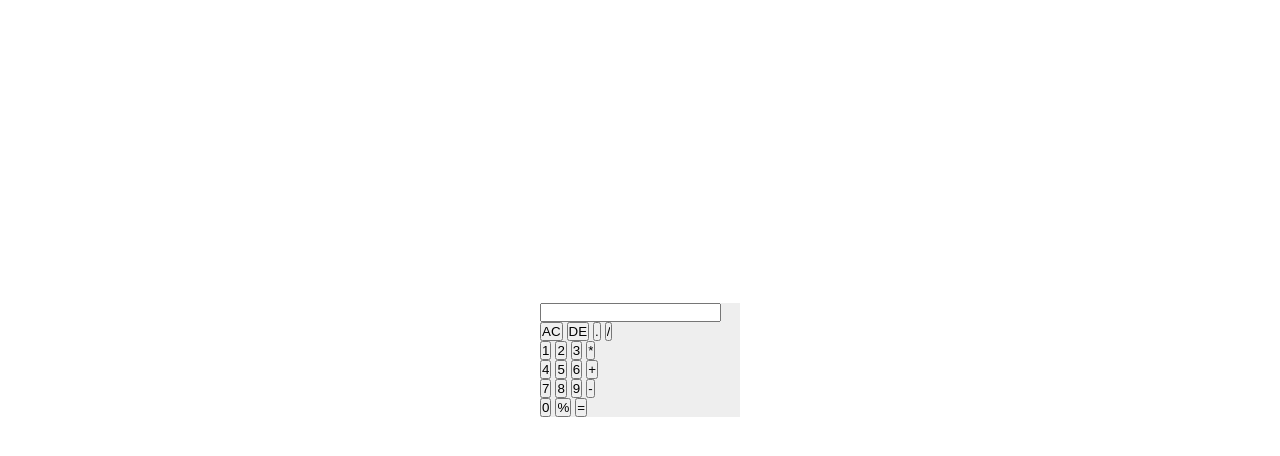
Repository: jerrys-arch/web-calculator
Page: index.html
These files come from the project's save history. The page is drawn as it stood at one moment and after a run of saves; the edit follows.
The browser window is 1280 px wide. The pictures show the whole page.

Above is the page before, as saved 2024-11-30 04:56:04.

### index.html
<!DOCTYPE html>
<html lang="en">
<head>
    <meta charset="UTF-8">
    <meta name="viewport" content="width=device-width, initial-scale=1.0">
    <title>calculator</title>
    <link rel="stylesheet" href="styles.css">
</head>
<body>
    <div class="container">
        <div class="calculator">
            <div class="display">
                <input id="display" type="text">
            </div>
            <div>
                <input type="button" value="AC">
                <input type="button" value="DE">
                <input type="button" value=".">
                <input type="button" value="/">
            </div>
            <div>
                <input type="button" value="1">
                <input type="button" value="2">
                <input type="button" value="3">
                <input type="button" value="*">
            </div>
            <div>
                <input type="button" value="4">
                <input type="button" value="5">
                <input type="button" value="6">
                <input type="button" value="+">
            </div>
            <div>
                <input type="button" value="7">
                <input type="button" value="8">
                <input type="button" value="9">
                <input type="button" value="-">
            </div>
            <div>
                <input type="button" value="0">
                <input type="button" value="%">
                <input type="button" value="=">
            </div>
        </div>
    </div>
</body>
</html>

### styles.css
*{
    margin:0;
    padding:0;
    box-sizing: border-box;
}

.container{
    display:flex;
    align-items: center;
    justify-content: center;
    height:100vh;

}
.calculator{
    width:200px;
    background: #eee;
}

After the next 2 saves:
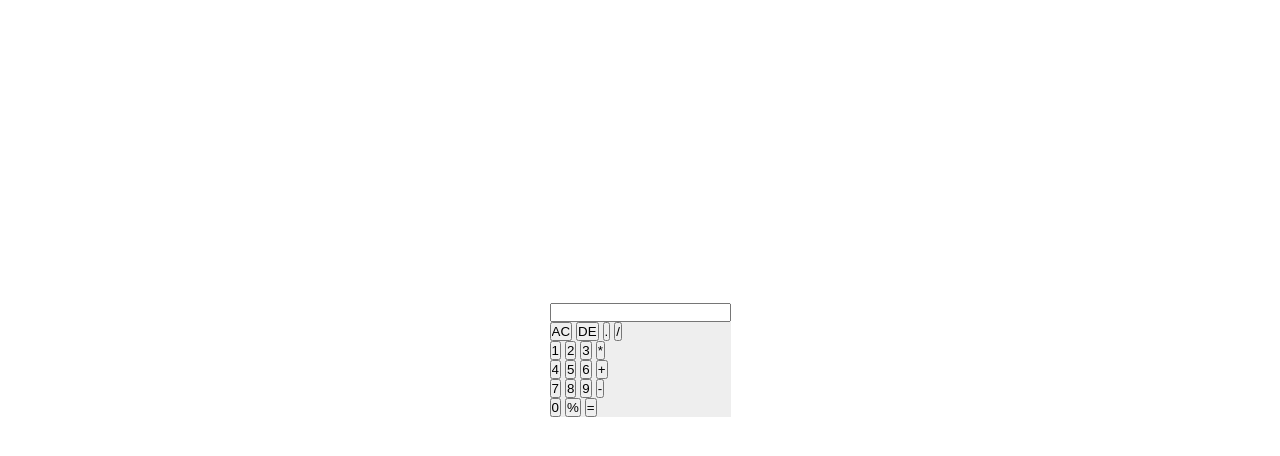
The 2 saves are shown as one change because they came seconds apart.
The last was saved 12 s later.
--- a/styles.css
+++ b/styles.css
@@ -12,6 +12,7 @@
 
 }
 .calculator{
+    margin:
     width:200px;
     background: #eee;
 }

After the 2 saves that followed:
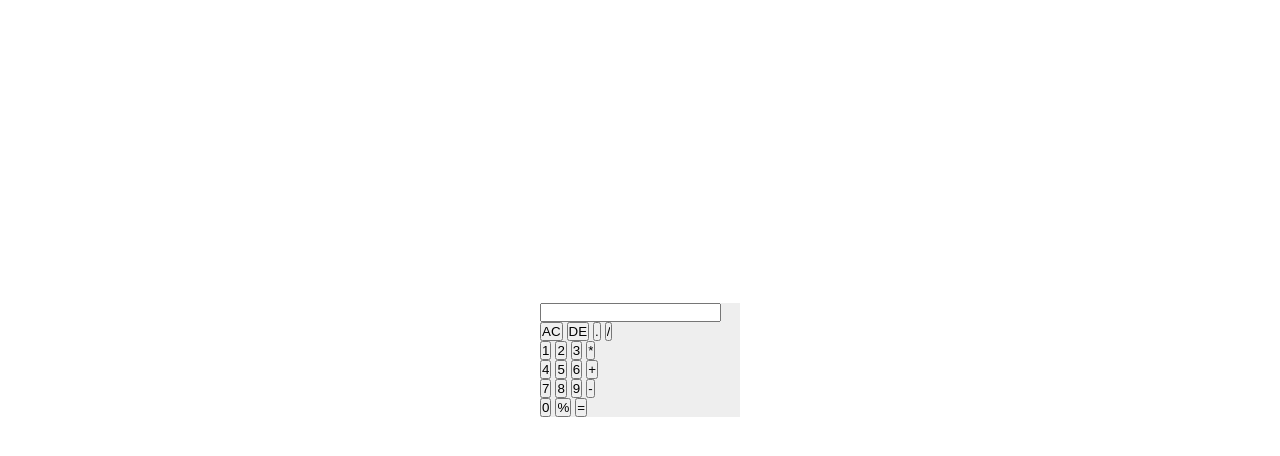
The 2 saves are shown as one change because they came seconds apart.
The last was saved 14 s later.
--- a/styles.css
+++ b/styles.css
@@ -12,7 +12,7 @@
 
 }
 .calculator{
-    margin:
+    margin:20px;
     width:200px;
     background: #eee;
 }
